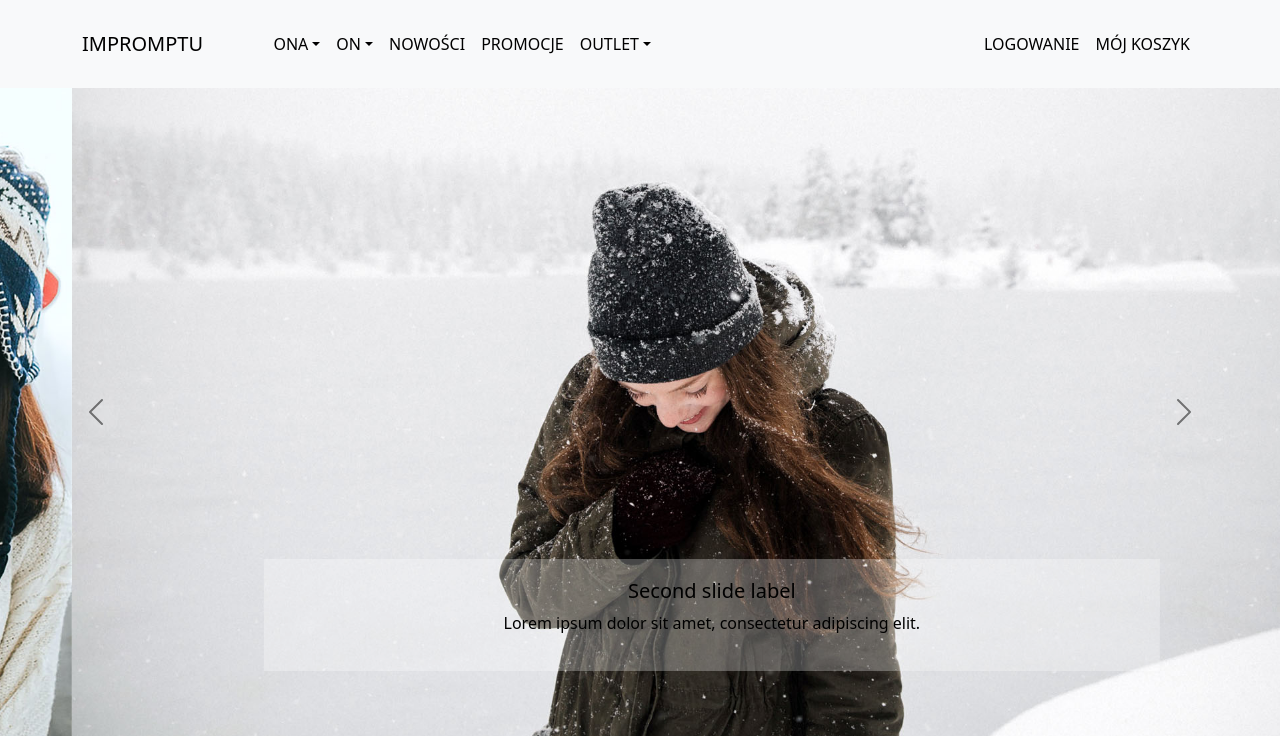
Repository: michalgornicki/Impromptu
Page: /
The author's editor kept a copy of each file at every save. The page is drawn from the files as they stood at one save, then again after the next save.
The browser window is 1280 px wide. The pictures show the whole page.
The project was rebuilt for these pictures with package versions that can differ from the ones it lists, and the page was loaded fresh each time.

Above is the page before, as saved 2021-12-23 13:00:05.

After the next save:
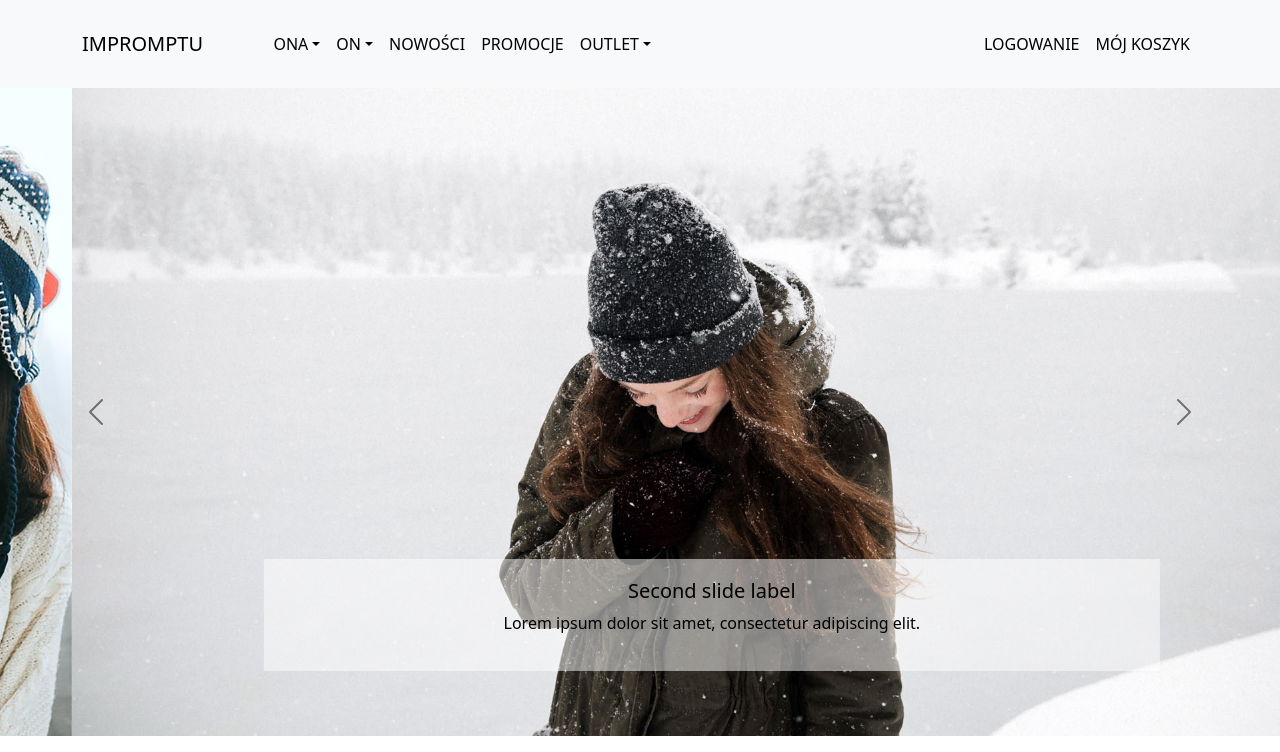
Saved 6 s later.
--- a/src/App.css
+++ b/src/App.css
@@ -16,6 +16,6 @@
 }
 
 .carousel-caption{
-    background-color: rgba(255, 255, 255, 0.274);
+    background-color: rgba(255, 255, 255, 0.5);
     bottom: 10%!important;
 }
